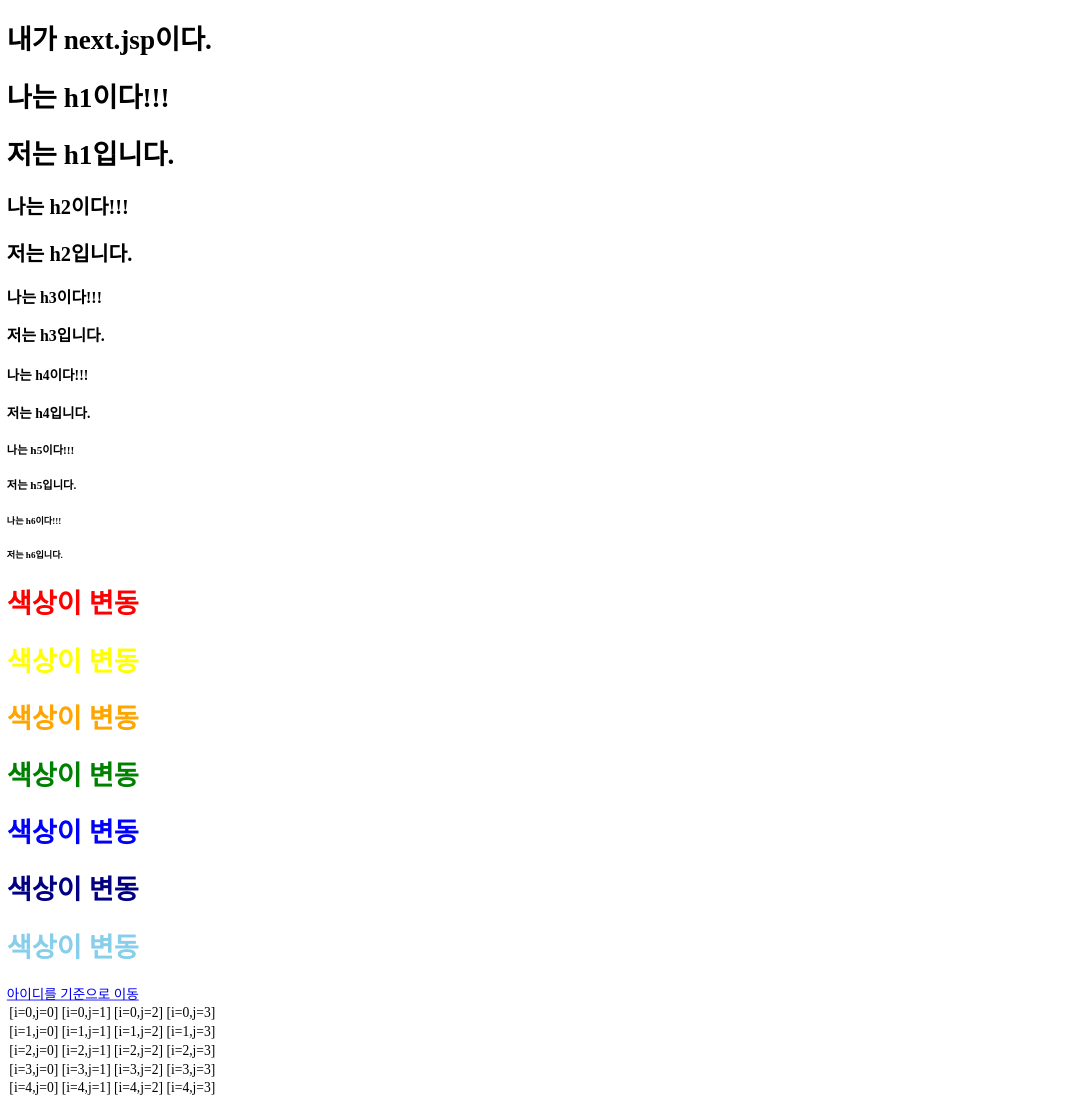
Repository: to-flatwhite1/JSP
Page: http://localhost/JSP07/next.jsp
An editor plug-in stored every save of this project. The page is shown before and after the next save, followed by the edit.
The browser window is 1280 px wide. The pictures show the whole page, at 85% of full size.
The page is served by Tomcat 9.

Above is the page before, as saved 2024-05-16 04:47:15.

### JSP07/src/main/webapp/next.jsp
<%@ page language="java" contentType="text/html; charset=utf-8"
    pageEncoding="utf-8"%>
<!DOCTYPE html>
<html>
	<head>
		<meta charset="utf-8">
		<title>for문의 사용예시</title>
		<style>

		</style>
	</head>
	<body>
		<h1 id="start">내가 next.jsp이다.</h1>
		<%
			for(int i=1; i<7; i++){
		%>
				<h<%=i %>>나는 h<%=i %>이다!!!</h<%=i %>>
		<%
			out.print("<h"+i+">저는 h"+i+"입니다.</h"+i+">");
			}
		%>

		<%
			String color="";
			for(int i=0; i<=6; i++){
				switch(i%7){
				case 0:color="red";
					break;
				case 1:color="yellow";
					break;
				case 2:color="orange";
					break;
				case 3:color="green";
					break;
				case 4:color="blue";
					break;
				case 5:color="navy";
					break;
				case 6:color="skyblue";
					break;
				case 7:color="purple";
					break;
				}
			%><h1 style="color:<%=color %>;">색상이 변동</h1><%

			}
			%>
			<a href="#start">아이디를 기준으로 이동</a>
			<!--  <table border=1>
				<tr>
					<td>i=0,j=0</td>
					<td>i=0,j=1</td>
					<td>i=0,j=2</td>
					<td>i=0,j=3</td>
				</tr>
				<tr>
					<td>i=1,j=0</td>
					<td>i=1,j=1</td>
					<td>i=1,j=2</td>
					<td>i=1,j=3</td>
				</tr>
				<tr>
					<td>i=2,j=0</td>
					<td>i=2,j=1</td>
					<td>i=2,j=2</td>
					<td>i=2,j=3</td>
				</tr>
				<tr>
					<td>i=3,j=0</td>
					<td>i=3,j=1</td>
					<td>i=3,j=2</td>
					<td>i=3,j=3</td>
				</tr>
				<tr>
					<td>i=4,j=0</td>
					<td>i=4,j=1</td>
					<td>i=4,j=2</td>
					<td>i=4,j=3</td>
				</tr>
			</table>-->
			<table>
			<%
				for(int i=0; i<5; i++){
					out.print("<tr>");
					for(int j=0; j<4; j++){
						out.print("<td>[i="+i+",j="+j+"]</td>");
					}
					out.print("</tr>");
				}
			%>
			</table>
			<script>
			let tds=document.getElementsByTagName("td");
				for(let i=0; i<tds.length; i++){
					tds[i].setAttribute("style","border:1px solid lightgtay");
				}
			</script>
	</body>
</html>

After the next save:
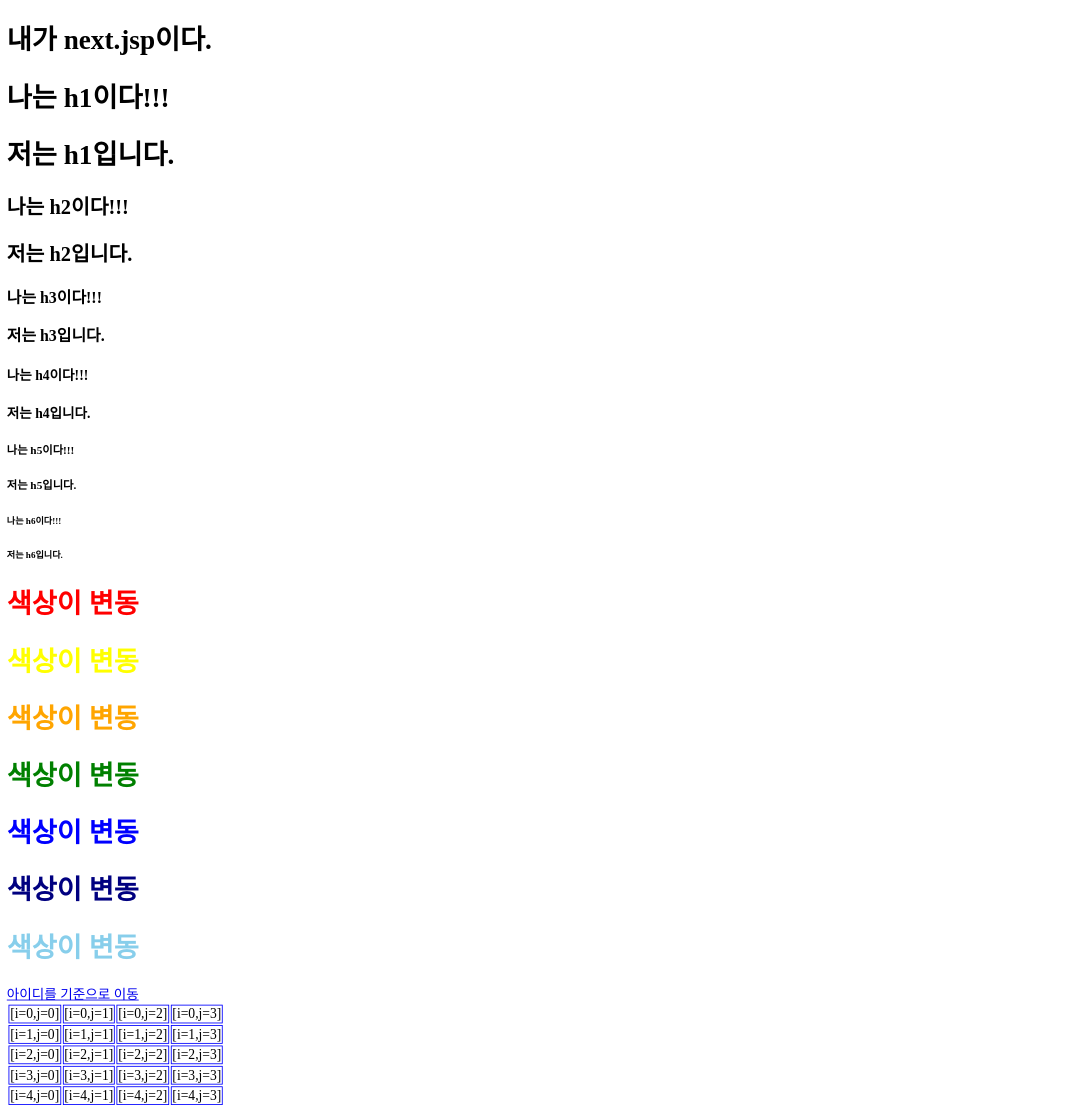
Saved 31 s later.
--- a/JSP07/src/main/webapp/next.jsp
+++ b/JSP07/src/main/webapp/next.jsp
@@ -92,7 +92,7 @@
 			<script>
 			let tds=document.getElementsByTagName("td");
 				for(let i=0; i<tds.length; i++){
-					tds[i].setAttribute("style","border:1px solid lightgtay");
+					tds[i].setAttribute("style","border:1px solid blue");
 				}
 			</script>
 	</body>
